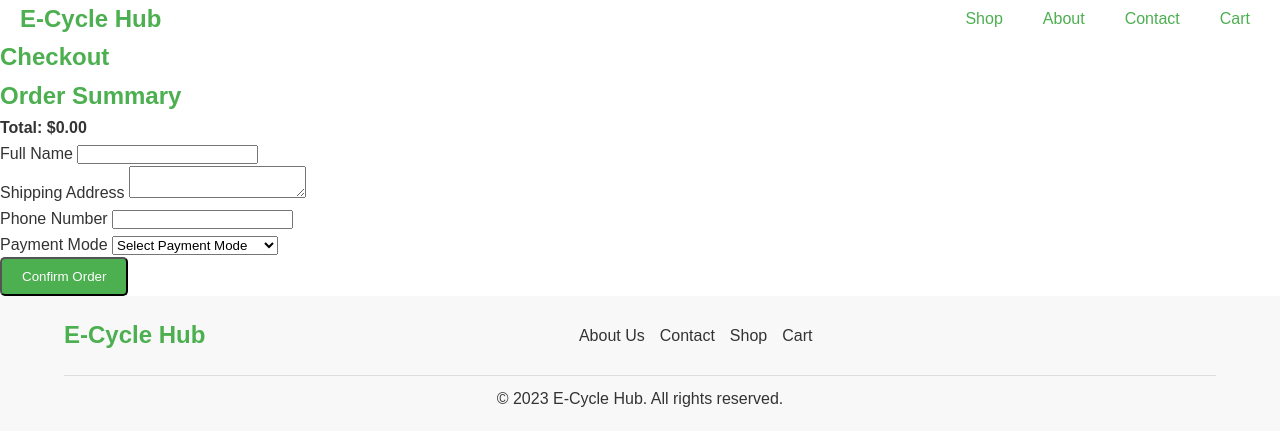
Repository: Rutuja-g/E-Cycle-Hub
Page: public/checkout.html
The author's editor kept a copy of each file at every save. The page is drawn from the files as they stood at one save, then again after the next save.
The browser window is 1280 px wide. The pictures show the whole page.

Above is the page before, as saved 2025-10-23 18:03:22.

### public/checkout.html
<!DOCTYPE html>
<html lang="en">
  <head>
    <meta charset="UTF-8" />
    <meta name="viewport" content="width=device-width, initial-scale=1.0" />
    <title>Checkout - E-Cycle Hub</title>
    <link rel="icon" href="favicon.ico" type="image/x-icon" />
    <link rel="stylesheet" href="css/reset.css" />
    <link rel="stylesheet" href="css/variables.css" />
    <link rel="stylesheet" href="css/main.css" />
  </head>
  <body>
    <header>
      <nav>
        <div class="logo">
          <a href="index.html">E-Cycle Hub</a>
        </div>
        <ul class="nav-links">
          <li><a href="shop.html">Shop</a></li>
          <li><a href="about.html">About</a></li>
          <li><a href="contact.html">Contact</a></li>
          <li><a href="cart.html">Cart</a></li>
        </ul>
      </nav>
    </header>

    <main>
      <section class="checkout">
        <h1>Checkout</h1>
        <div class="order-summary">
          <h2>Order Summary</h2>
          <div id="order-items"></div>
          <div class="total">
            <strong>Total: $<span id="total-price">0.00</span></strong>
          </div>
        </div>
        <form id="checkout-form">
          <div class="form-group">
            <label for="name">Full Name</label>
            <input type="text" id="name" name="name" required />
            <span class="error" id="nameError"></span>
          </div>
          <div class="form-group">
            <label for="address">Shipping Address</label>
            <textarea id="address" name="address" required></textarea>
            <span class="error" id="addressError"></span>
          </div>
          <div class="form-group">
            <label for="phone">Phone Number</label>
            <input type="tel" id="phone" name="phone" required />
            <span class="error" id="phoneError"></span>
          </div>
          <div class="form-group">
            <label for="payment">Payment Mode</label>
            <select id="payment" name="payment" required>
              <option value="">Select Payment Mode</option>
              <option value="cod">Cash on Delivery (COD)</option>
              <option value="card">Credit/Debit Card</option>
            </select>
            <span class="error" id="paymentError"></span>
          </div>
          <button type="submit" class="btn">Confirm Order</button>
        </form>
        <div id="success-message" class="success-message" style="display: none">
          <p>Order placed successfully! Thank you for shopping with us.</p>
        </div>
      </section>
    </main>

    <footer>
      <div class="footer">
        <div class="container">
          <div class="footer-content">
            <div class="footer-logo">
              <h2>E-Cycle Hub</h2>
            </div>
            <div class="footer-links">
              <ul>
                <li><a href="about.html">About Us</a></li>
                <li><a href="contact.html">Contact</a></li>
                <li><a href="shop.html">Shop</a></li>
                <li><a href="cart.html">Cart</a></li>
              </ul>
            </div>
            <div class="footer-social">
              <a href="#" aria-label="Facebook"
                ><i class="fab fa-facebook-f"></i
              ></a>
              <a href="#" aria-label="Twitter"
                ><i class="fab fa-twitter"></i
              ></a>
              <a href="#" aria-label="Instagram"
                ><i class="fab fa-instagram"></i
              ></a>
            </div>
          </div>
          <div class="footer-bottom">
            <p>&copy; 2023 E-Cycle Hub. All rights reserved.</p>
          </div>
        </div>
      </div>
    </footer>

    <script src="js/checkout.js"></script>
  </body>
</html>

### public/css/reset.css
html
/* CSS Reset */
* {
    margin: 0;
    padding: 0;
    box-sizing: border-box;
}

html, body {
    height: 100%;
    font-family: Arial, sans-serif;
}

img {
    max-width: 100%;
    height: auto;
}

a {
    text-decoration: none;
    color: inherit;
}

ul {
    list-style: none;
}

button {
    cursor: pointer;
}

### public/css/variables.css
:root {
    --primary-color: #4CAF50; /* Green */
    --secondary-color: #FF5722; /* Deep Orange */
    --background-color: #F5F5F5; /* Light Grey */
    --text-color: #333; /* Dark Text */
    --font-family: 'Arial', sans-serif; /* Default Font */
    --font-size-base: 16px; /* Base Font Size */
    --font-size-large: 1.25rem; /* Large Font Size */
    --font-size-small: 0.875rem; /* Small Font Size */
    --border-radius: 5px; /* Border Radius for Buttons */
    --box-shadow: 0 2px 5px rgba(0, 0, 0, 0.1); /* Box Shadow */
}

### public/css/main.css
/* Main styles for E-Cycle Hub */

/* Reset some default styles */
body {
  margin: 0;
  font-family: var(--font-family, Arial, sans-serif);
  line-height: 1.6;
  color: var(--text-color, #333);
}

h1,
h2,
h3,
h4,
h5,
h6 {
  margin: 0;
  color: var(--primary-color, #4caf50);
}

a {
  text-decoration: none;
  color: var(--link-color, #4caf50);
  transition: color 0.3s ease;
}

a:hover {
  color: var(--link-hover-color, #388e3c);
}

/* Layout styles */
.container {
  width: 90%;
  max-width: 1200px;
  margin: auto;
}

/* Navbar styles */
nav {
  display: flex;
  justify-content: space-between;
  align-items: center;
  padding: 0 20px;
}

.logo a {
  font-size: 1.5em;
  font-weight: bold;
}

.nav-links {
  list-style: none;
  display: flex;
  gap: 20px;
}

.nav-links li a {
  padding: 10px;
  transition: background 0.3s;
}

.nav-links li a:hover {
  background: rgba(76, 175, 80, 0.1);
  border-radius: 5px;
}

.header,
.footer {
  background: var(--header-footer-bg, #f8f8f8);
  padding: 20px 0;
}

.header {
  position: sticky;
  top: 0;
  z-index: 1000;
}

.main-content {
  padding: 20px 0;
}

/* Hero section styles */
.hero {
  position: relative;
  display: flex;
  align-items: center;
  justify-content: center;
  min-height: 400px;
  overflow: hidden;
}

.hero-banner {
  position: absolute;
  top: 0;
  left: 0;
  width: 100%;
  height: 100%;
  object-fit: cover;
  z-index: -1;
}

.hero-content {
  text-align: center;
  color: white;
  background: rgba(0, 0, 0, 0.5);
  padding: 20px;
  border-radius: 8px;
}

.hero h1 {
  font-size: 2.5em;
  margin-bottom: 10px;
}

.hero p {
  font-size: 1.2em;
  margin-bottom: 20px;
}

.btn {
  display: inline-block;
  padding: 10px 20px;
  background: var(--primary-color, #4caf50);
  color: white;
  border-radius: 5px;
  transition: background 0.3s ease, transform 0.2s ease;
}

.btn:hover {
  background: var(--hover-color, #388e3c);
  transform: translateY(-2px);
}

/* Responsive styles */
@media (max-width: 768px) {
  .container {
    width: 95%;
  }

  .header,
  .footer {
    padding: 15px 0;
  }

  .hero {
    min-height: 300px;
  }

  .hero h1 {
    font-size: 2em;
  }

  .hero p {
    font-size: 1em;
  }
}

@media (max-width: 480px) {
  .hero {
    flex-direction: column;
    text-align: center;
  }

  .hero-content {
    padding: 15px;
  }

  .hero h1 {
    font-size: 1.8em;
  }

  .hero p {
    font-size: 0.9em;
  }

  /* Navbar responsive */
  .nav-links {
    display: none;
  }

  /* Footer responsive */
  .footer-content {
    flex-direction: column;
    text-align: center;
  }

  .footer-links ul {
    flex-direction: column;
    gap: 10px;
  }

  /* Grid responsive */
  .grid--featured {
    grid-template-columns: repeat(auto-fit, minmax(200px, 1fr));
  }
}

/* Product card styles (updated for .card class used by main.js) */
.card {
  border: 1px solid #ddd;
  border-radius: 8px;
  padding: 15px;
  margin: 10px;
  text-align: center;
  background: white;
  box-shadow: 0 2px 5px rgba(0, 0, 0, 0.1);
  transition: transform 0.3s ease, box-shadow 0.3s ease;
}

.card:hover {
  transform: translateY(-5px);
  box-shadow: 0 4px 10px rgba(0, 0, 0, 0.2);
}

.card img {
  max-width: 100%;
  height: auto;
  border-radius: 5px;
}

.card .card-title {
  margin: 10px 0;
  font-size: 1.2em;
}

.card .price {
  color: var(--price-color, #e91e63);
  font-weight: bold;
  font-size: 1.1em;
}

.card .btn {
  margin-top: 10px;
}

/* Featured products grid */
.grid--featured {
  display: grid;
  grid-template-columns: repeat(auto-fit, minmax(250px, 1fr));
  gap: 20px;
  padding: 20px 0;
}

/* Cart styles */
.cart-item {
  display: flex;
  justify-content: space-between;
  padding: 10px 0;
  border-bottom: 1px solid #ddd;
}

.cart-item img {
  width: 50px;
  height: auto;
}

.cart-total {
  font-weight: bold;
  font-size: 1.2em;
}

/* Checkout styles */
.checkout-form {
  display: flex;
  flex-direction: column;
}

.checkout-form input,
.checkout-form button {
  margin: 10px 0;
  padding: 10px;
  border: 1px solid #ddd;
  border-radius: 5px;
}

.checkout-form button {
  background: var(--primary-color, #4caf50);
  color: white;
  cursor: pointer;
}

.checkout-form button:hover {
  background: var(--hover-color, #388e3c);
}

/* Product details styles */
.product-details {
  max-width: 1200px;
  margin: 0 auto;
  padding: 20px;
  display: flex;
  flex-direction: column;
  gap: 20px;
}

.back-link {
  color: var(--primary-color, #4caf50);
  font-weight: bold;
  margin-bottom: 20px;
  display: inline-block;
}

.back-link:hover {
  color: var(--link-hover-color, #388e3c);
}

.product-image {
  flex: 1;
  max-width: 600px;
  margin: 0 auto;
}

.product-image img {
  width: 100%;
  height: auto;
  border-radius: 8px;
  box-shadow: 0 4px 10px rgba(0, 0, 0, 0.1);
}

.product-info {
  flex: 1;
  padding: 20px;
  background: white;
  border-radius: 8px;
  box-shadow: 0 2px 5px rgba(0, 0, 0, 0.1);
}

.product-info h1 {
  font-size: 2em;
  margin-bottom: 10px;
}

.product-price {
  font-size: 1.5em;
  color: var(--price-color, #e91e63);
  font-weight: bold;
  margin-bottom: 20px;
}

.product-info p {
  line-height: 1.6;
  margin-bottom: 20px;
}

.product-info .btn {
  margin-top: 20px;
}

/* Responsive for product details */
@media (max-width: 768px) {
  .product-details {
    flex-direction: column;
  }

  .product-image,
  .product-info {
    flex: none;
    width: 100%;
  }

  .product-info {
    padding: 15px;
  }

  .product-info h1 {
    font-size: 1.8em;
  }

  .product-price {
    font-size: 1.3em;
  }
}

/* Footer styles */
.footer {
  background: var(--header-footer-bg, #f8f8f8);
}

.footer-content {
  display: flex;
  justify-content: space-between;
  align-items: center;
  flex-wrap: wrap;
  gap: 20px;
}

.footer-logo h2 {
  margin: 0;
}

.footer-links ul {
  list-style: none;
  display: flex;
  gap: 15px;
}

.footer-links li a {
  color: var(--text-color, #333);
}

.footer-social a {
  margin: 0 5px;
  font-size: 1.5em;
  color: var(--primary-color, #4caf50);
}

.footer-bottom {
  text-align: center;
  margin-top: 20px;
  border-top: 1px solid #ddd;
  padding-top: 10px;
}

/* Add error styles */
.error {
  color: red;
  font-size: 0.9em;
  margin-top: 5px;
  display: none;
}

/* Success popup styles */
.success-popup {
  position: fixed;
  top: 0;
  left: 0;
  width: 100%;
  height: 100%;
  background-color: rgba(0, 0, 0, 0.5);
  display: flex;
  justify-content: center;
  align-items: center;
  z-index: 1000;
}

.popup-content {
  background-color: white;
  padding: 20px;
  border-radius: 8px;
  text-align: center;
  box-shadow: 0 4px 6px rgba(0, 0, 0, 0.1);
}

.popup-content h3 {
  margin-bottom: 10px;
  color: var(--primary-color);
}

.popup-content button {
  background-color: var(--primary-color);
  color: white;
  border: none;
  padding: 10px 20px;
  border-radius: 4px;
  cursor: pointer;
  margin-top: 15px;
}

.popup-content button:hover {
  background-color: var(--primary-hover);
}

### public/js/checkout.js
(function () {
  const CART_KEY = "ecycle_cart";

  function getCart() {
    try {
      const raw = localStorage.getItem(CART_KEY);
      const cart = raw ? JSON.parse(raw) : [];
      if (!Array.isArray(cart)) {
        console.warn("Cart data is not an array, resetting to empty.");
        return [];
      }
      return cart;
    } catch (e) {
      console.error("Failed to parse cart from localStorage:", e);
      return [];
    }
  }

  function saveCart(cart) {
    try {
      localStorage.setItem(CART_KEY, JSON.stringify(cart));
    } catch (e) {
      console.warn("Failed to save cart", e);
    }
  }

  function formatPrice(n = 0) {
    return Number(n).toLocaleString(undefined, {
      minimumFractionDigits: 2,
      maximumFractionDigits: 2,
    });
  }

  function renderOrderSummary() {
    const cart = getCart();
    const orderItems = document.getElementById("order-items");
    const totalPrice = document.getElementById("total-price");

    orderItems.innerHTML = "";
    let total = 0;

    cart.forEach((item) => {
      const itemDiv = document.createElement("div");
      itemDiv.className = "order-item";
      itemDiv.innerHTML = `
        <p>${item.name} (x${item.quantity}) - $${formatPrice(
        item.price * item.quantity
      )}</p>
      `;
      orderItems.appendChild(itemDiv);
      total += item.price * item.quantity;
    });

    totalPrice.textContent = formatPrice(total);
  }

  function validateForm() {
    let isValid = true;
    const name = document.getElementById("name").value.trim();
    const address = document.getElementById("address").value.trim();
    const phone = document.getElementById("phone").value.trim();
    const payment = document.getElementById("payment").value;

    // Clear previous errors
    document.querySelectorAll(".error").forEach((el) => {
      el.textContent = "";
      el.style.opacity = "0";
    });

    if (!name) {
      document.getElementById("nameError").textContent =
        "Full name is required.";
      document.getElementById("nameError").style.opacity = "1";
      isValid = false;
    }

    if (!address) {
      document.getElementById("addressError").textContent =
        "Shipping address is required.";
      document.getElementById("addressError").style.opacity = "1";
      isValid = false;
    }

    if (!phone) {
      document.getElementById("phoneError").textContent =
        "Phone number is required.";
      document.getElementById("phoneError").style.opacity = "1";
      isValid = false;
    }

    if (!payment) {
      document.getElementById("paymentError").textContent =
        "Please select a payment mode.";
      document.getElementById("paymentError").style.opacity = "1";
      isValid = false;
    }

    return isValid;
  }

  function handleFormSubmit(e) {
    e.preventDefault();

    if (!validateForm()) {
      return;
    }

    // Get current user
    const user = JSON.parse(localStorage.getItem("ecycle_current_user"));
    if (!user) {
      alert("Please log in to place an order.");
      window.location.href = "login.html";
      return;
    }

    // Get cart items
    const cart = getCart();

    // Create order object
    const order = {
      id: Date.now(), // Simple ID based on timestamp
      userEmail: user.email,
      items: cart,
      total: cart.reduce((sum, item) => sum + item.price * item.quantity, 0),
      date: new Date().toISOString(),
      name: document.getElementById("name").value,
      address: document.getElementById("address").value,
      phone: document.getElementById("phone").value,
      payment: document.getElementById("payment").value,
    };

    // Save order to localStorage
    const orders = JSON.parse(localStorage.getItem("orders") || "[]");
    orders.push(order);
    localStorage.setItem("orders", JSON.stringify(orders));

    // Clear cart
    saveCart([]);

    // Show success message
    document.getElementById("checkout-form").style.display = "none";
    document.querySelector(".order-summary").style.display = "none";
    document.getElementById("success-message").style.display = "block";
  }

  document.addEventListener("DOMContentLoaded", function () {
    renderOrderSummary();

    const form = document.getElementById("checkout-form");
    form.addEventListener("submit", handleFormSubmit);
  });
})();

### public/js/components.js
// components.js - Dynamic loading of header and footer components

(function () {
  // Load component into element
  async function loadComponent(componentPath, targetElement) {
    try {
      const response = await fetch(componentPath);
      if (!response.ok) {
        throw new Error(`Failed to load ${componentPath}: ${response.status}`);
      }
      const html = await response.text();
      targetElement.innerHTML = html;
    } catch (error) {
      console.error(`Error loading component ${componentPath}:`, error);
      targetElement.innerHTML = "<p>Error loading component</p>";
    }
  }

  // Load header and footer on page load
  document.addEventListener("DOMContentLoaded", function () {
    const headerElement = document.getElementById("header");
    const footerElement = document.getElementById("footer");

    if (headerElement) {
      loadComponent("components/header.html", headerElement);
    }

    if (footerElement) {
      loadComponent("components/footer.html", footerElement);
    }
  });
})();

### public/components/header.html
<nav>
  <div class="logo">
    <a href="index.html">E-Cycle Hub</a>
  </div>
  <ul class="nav-links">
    <li><a href="shop.html">Shop</a></li>
    <li><a href="about.html">About</a></li>
    <li><a href="contact.html">Contact</a></li>
    <li><a href="cart.html">Cart</a></li>
  </ul>
</nav>

### public/components/footer.html
<div class="footer">
  <div class="container">
    <div class="footer-content">
      <div class="footer-logo">
        <h2>E-Cycle Hub</h2>
      </div>
      <div class="footer-links">
        <ul>
          <li><a href="about.html">About Us</a></li>
          <li><a href="contact.html">Contact</a></li>
          <li><a href="shop.html">Shop</a></li>
          <li><a href="cart.html">Cart</a></li>
        </ul>
      </div>
      <div class="footer-social">
        <a href="#" aria-label="Facebook"><i class="fab fa-facebook-f"></i></a>
        <a href="#" aria-label="Twitter"><i class="fab fa-twitter"></i></a>
        <a href="#" aria-label="Instagram"><i class="fab fa-instagram"></i></a>
      </div>
    </div>
    <div class="footer-bottom">
      <p>&copy; 2023 E-Cycle Hub. All rights reserved.</p>
    </div>
  </div>
</div>

After the next save:
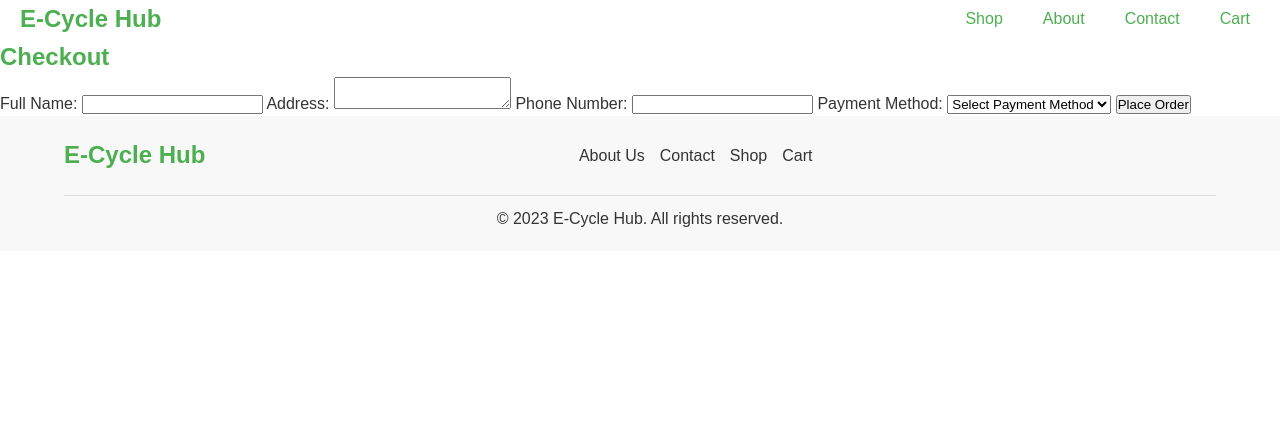
Console error: TypeError: Cannot set properties of null (setting 'innerHTML')
Saved 23 s later.
--- a/public/checkout.html
+++ b/public/checkout.html
@@ -11,96 +11,46 @@
   </head>
   <body>
     <header>
-      <nav>
-        <div class="logo">
-          <a href="index.html">E-Cycle Hub</a>
-        </div>
-        <ul class="nav-links">
-          <li><a href="shop.html">Shop</a></li>
-          <li><a href="about.html">About</a></li>
-          <li><a href="contact.html">Contact</a></li>
-          <li><a href="cart.html">Cart</a></li>
-        </ul>
-      </nav>
+      <div id="header"></div>
     </header>
 
     <main>
       <section class="checkout">
         <h1>Checkout</h1>
-        <div class="order-summary">
-          <h2>Order Summary</h2>
-          <div id="order-items"></div>
-          <div class="total">
-            <strong>Total: $<span id="total-price">0.00</span></strong>
-          </div>
+        <div id="order-summary">
+          <!-- Order summary will be inserted here -->
         </div>
         <form id="checkout-form">
-          <div class="form-group">
-            <label for="name">Full Name</label>
-            <input type="text" id="name" name="name" required />
-            <span class="error" id="nameError"></span>
-          </div>
-          <div class="form-group">
-            <label for="address">Shipping Address</label>
-            <textarea id="address" name="address" required></textarea>
-            <span class="error" id="addressError"></span>
-          </div>
-          <div class="form-group">
-            <label for="phone">Phone Number</label>
-            <input type="tel" id="phone" name="phone" required />
-            <span class="error" id="phoneError"></span>
-          </div>
-          <div class="form-group">
-            <label for="payment">Payment Mode</label>
-            <select id="payment" name="payment" required>
-              <option value="">Select Payment Mode</option>
-              <option value="cod">Cash on Delivery (COD)</option>
-              <option value="card">Credit/Debit Card</option>
-            </select>
-            <span class="error" id="paymentError"></span>
-          </div>
-          <button type="submit" class="btn">Confirm Order</button>
+          <label for="name">Full Name:</label>
+          <input type="text" id="name" name="name" required />
+          <div id="nameError" class="error"></div>
+
+          <label for="address">Address:</label>
+          <textarea id="address" name="address" required></textarea>
+          <div id="addressError" class="error"></div>
+
+          <label for="phone">Phone Number:</label>
+          <input type="tel" id="phone" name="phone" required />
+          <div id="phoneError" class="error"></div>
+
+          <label for="payment">Payment Method:</label>
+          <select id="payment" name="payment" required>
+            <option value="">Select Payment Method</option>
+            <option value="cod">Cash on Delivery</option>
+            <option value="card">Credit/Debit Card</option>
+          </select>
+          <div id="paymentError" class="error"></div>
+
+          <button type="submit">Place Order</button>
         </form>
-        <div id="success-message" class="success-message" style="display: none">
-          <p>Order placed successfully! Thank you for shopping with us.</p>
-        </div>
       </section>
     </main>
 
     <footer>
-      <div class="footer">
-        <div class="container">
-          <div class="footer-content">
-            <div class="footer-logo">
-              <h2>E-Cycle Hub</h2>
-            </div>
-            <div class="footer-links">
-              <ul>
-                <li><a href="about.html">About Us</a></li>
-                <li><a href="contact.html">Contact</a></li>
-                <li><a href="shop.html">Shop</a></li>
-                <li><a href="cart.html">Cart</a></li>
-              </ul>
-            </div>
-            <div class="footer-social">
-              <a href="#" aria-label="Facebook"
-                ><i class="fab fa-facebook-f"></i
-              ></a>
-              <a href="#" aria-label="Twitter"
-                ><i class="fab fa-twitter"></i
-              ></a>
-              <a href="#" aria-label="Instagram"
-                ><i class="fab fa-instagram"></i
-              ></a>
-            </div>
-          </div>
-          <div class="footer-bottom">
-            <p>&copy; 2023 E-Cycle Hub. All rights reserved.</p>
-          </div>
-        </div>
-      </div>
+      <div id="footer"></div>
     </footer>
 
+    <script src="js/components.js"></script>
     <script src="js/checkout.js"></script>
   </body>
 </html>
